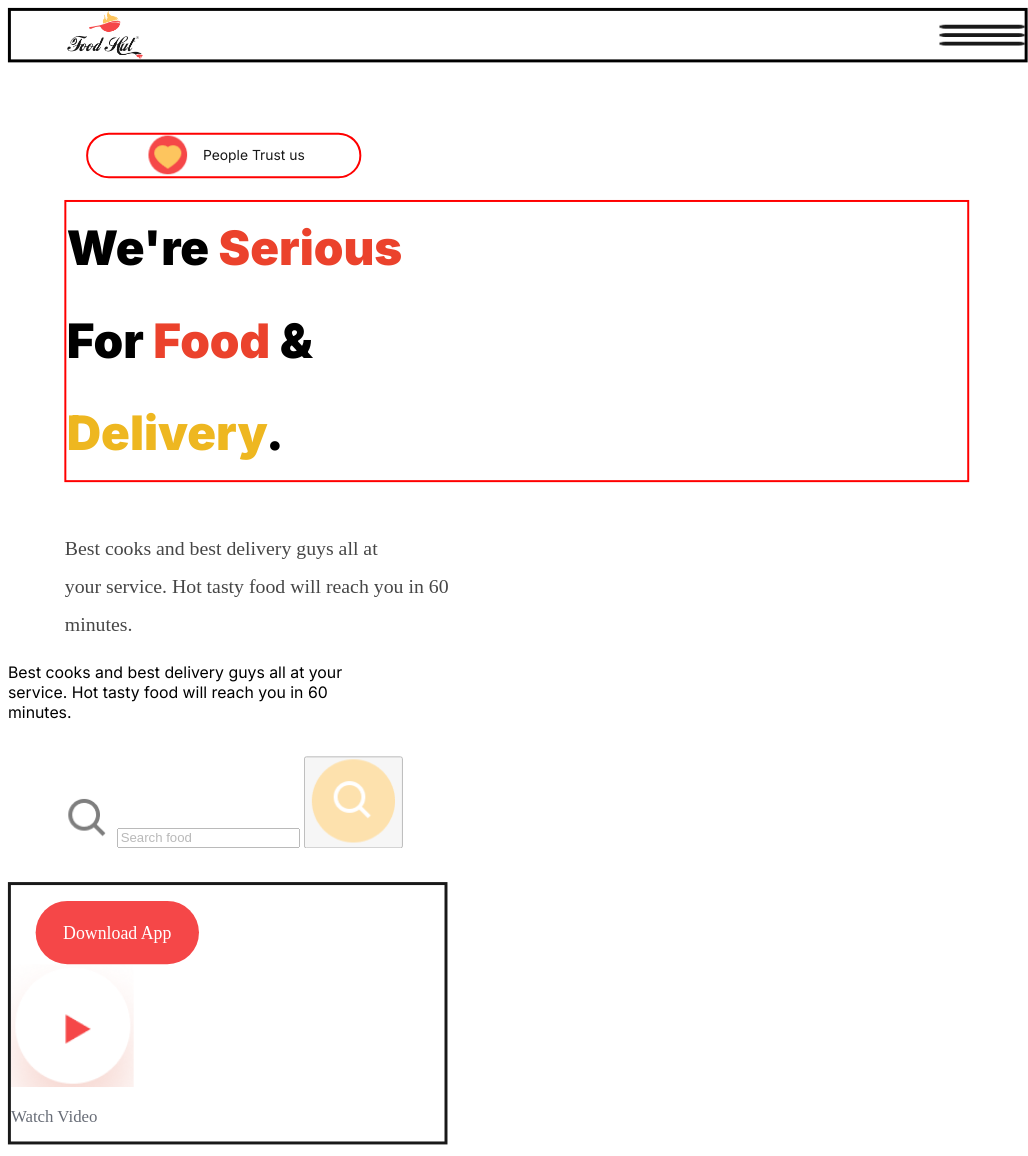
Repository: ReyhanehRahmani/Food-Hut
Page: FoodHut.html
These files come from the project's save history. The page is drawn as it stood at one moment and after the next save; the edit follows.
The browser window is 1024 px wide. The page is 1038 px wide, so the pictures cover 1038 px, including what lies to the right of the window. The pictures show the whole page, at 99% of full size.
Some web fonts or font styles are not loaded; a fallback is used.

Above is the page before, as saved 2025-05-28 21:20:55.

### FoodHut.html
<!DOCTYPE html>

<html lang="en">

    <head>

    <meta name="viewport" content="width=device-width, initial-scale=1.0" />

        <title>Food Hut</title>

        <link rel="icon" type="image/jpg" href="favicon.png">

        <link rel="preconnect" href="https://fonts.googleapis.com">

        <link rel="stylesheet" href="FoodHut.css">

        <link rel="preconnect" href="https://fonts.googleapis.com">

        <link rel="preconnect" href="https://fonts.gstatic.com" crossorigin>

        <link href="https://fonts.googleapis.com/css2?family=Inter:ital,opsz,wght@0,14..32,100..900;1,14..32,100..900&display=swap" rel="stylesheet">

        <link rel="preconnect" href="https://fonts.googleapis.com">

        <link rel="preconnect" href="https://fonts.gstatic.com" crossorigin>

        <link href="https://fonts.googleapis.com/css2?family=Sofia+Sans:ital,wght@0,1..1000;1,1..1000&display=swap" rel="stylesheet">

    </head>

    <body>

        <div class="headh">
            <img src="favicon.png" alt="Food Hut logo" class="FoodHutLogo">

            <div class="navlaptop">
                    <p class="mm">Today special offers</p>
                    <p class="mm">Why FoodHut</p>
                    <p class="mm">Our Menu</p>
                    <p class="mm">Our Popular food</p>

            </div>
            <div class="downloadbt"><p>Download App</p></div>
            <img src="slider.png" id="slider">
        </div>



        <div class="maincontainer">
            <div class="container1">

                <div id="HeartBox">
                    <img id="Heart" src="ghalb.png" style="margin-left: 3px;" >
                    <p id="trust">People Trust us</p>
                </div>

                <p id="BigBox1">
                    We're <spsn style="color: rgb(235, 66, 44);">Serious</spsn> <br> For <span style="color: rgb(235, 66, 44);">Food</span> & <br><span style="color: rgb(238, 183, 32);">Delivery</span>.
                </p>
                <p id="BigBox1laptop">
                    We're <spsn style="color: rgb(235, 66, 44);">Serious</spsn>  For <br><span style="color: rgb(235, 66, 44);">Food</span> & <span style="color: rgb(238, 183, 32);">Delivery</span>.
                </p>

                <p id="text1">
                    Best cooks and best delivery guys all at <br>your service. Hot tasty food will reach you in 60<br>minutes.
                </p>
                <p id="text1laptop">
                    Best cooks and best delivery guys all at your <br>service. Hot tasty food will reach you in 60<br>minutes.
                </p>
                <div class="searchbox">
                    <img src="zarebin2.png" id="zarebin2">
                    <input class="inin" type="text" minlength="3" maxlength="30" placeholder="Search food"></input>
                    <button class="butbut"><img src="zarebin.png" id="zarebin"></button>
                </div>


                <div id="PlayBox">
                    <div id="download"><p>Download App</p></div>
                    <div id="bori1">
                    <img src="playb.png" id="PlayButton">
                    <p id="Watch">Watch Video</p>
                    </div>
                </div>

            </div>
            <img src="pic1.png" id="pic1laptop">

        </div>






    </body>

</html>

### FoodHut.css
/*font family - font size - align items like heart*/

@media screen and (max-width: 1279px){



body {
    width: 100vw;
    font-family: "Inter", sans-serif;

}

.headh{
    border: solid;
    display: flex;
    justify-content: space-between;
    width: 100vw;
    height: 6.739130435vh;
    align-items: center;
}


.FoodHutLogo{
    margin-left: 5.607476636%;
    height: 100%;
}

#slider{
    width: 8.411214953%;
    height: 43.548387097%;
}

/*#NavbarSlider{
    margin-top: 41px;
    margin-right: 5.6vw;
    float: right;
    position: fixed;
    border: 2px solid red;
}

.slider{
    width: 36px;
    height: 5px;
    border-radius: 17px;
    display: flex;
    justify-content: space-between;
    flex-direction: column;
    gap: 6px;
    background: rgba(25, 25, 25, 1);
    margin-right: 24px;

}*/

#HeartBox{
    width: 26.730769231%;
    height: 3.58974359%;
    margin-top: 6.956521739%;
    margin-left: 7.710280374%;
    border-radius: 100px;
    border: 2px solid red;
    display: flex;
    justify-content: center;
    gap: 5.825242718%;

}

#trust{
    font-weight: 400;
    font-size: 0.875rem;
    line-height: 100%;
    letter-spacing: 0%;
    /*align-items: center;
    justify-content: center;*/
    color: rgba(25, 25, 25, 1);

}

#Heart{
    position: static;
    width: 14.288489209%;
    height: 71.428571429%;
    padding-left: 1.168224299%;
    align-self: center;
}

#BigBox1{
    width: 88.785046729%;
    height: 21.058315335%;
    align-content: center;
    margin-top: 2.173913043%;
    margin-left: 5.607476636%;
    border: 2px solid red;
    font-weight: 900;
    font-size: 3rem;
    line-height: 195%;
    letter-spacing: 0%;
    font-family: "Inter";
}

/*#Box1Paragragh{
    font-weight: 900;
    font-size: 48px;
    line-height: 195%;
    letter-spacing: 0%;
}*/

#text1{
    width: 88.551401869%;
    height: 8.804347826%;
    margin-top: 4.347826087%;
    margin-left: 5.607476636%;
    opacity: 0.8;
    font-family: Sofia Pro;
    font-weight: 400;
    font-size: 1.25rem;
    line-height: 190%;
    letter-spacing: -1%;
    color: #191919;

}

.searchbox{
    width: 88.785046729%;
    height: 5.869565217%;
    margin-top: 3.47826087%;
    margin-left: 5.607476636%;
    border-radius: 100px;
    border-width: 0.5px;
    font-family: Sofia Pro;
    font-weight: 400;
    font-size: 18px;
    line-height: 100%;
    letter-spacing: -1%;
    opacity: 50%;

}

.search-bar input{

}

.search-bar button{
  border: none;
  padding: 0 15px;
  display: flex;
  align-items: center;
  justify-content: center;
  border-radius: 0 25px 25px 0;
  cursor: pointer;
    flex-wrap: wrap;

}

#download{
    width: 37.85046729%;
    height: 4.859611231%;
    margin-top: 3.695652174%;
    margin-left: 5.607476636%;
    border-radius: 100px;
    background: #F54748;
    font-family: Sofia Pro;
    font-weight: 400;
    font-size: 1.125rem;
    line-height: 100%;
    letter-spacing: 0px;
    text-transform: capitalize;
    color:#FFFFFF;
    text-align: center;
    padding-top: 1.187904968%;
    padding-bottom: 1.187904968%;
    display: inline-block;
}

#PlayBox{
    margin-top: 3.260869565%;
    display: flex;
    justify-content: space-between;
    gap: 4.906542056%;
    width: 42.757009346%;
    height: 5.652173913%;
    margin-right: 6.542056075%;
    position: relative;
    overflow: hidden;
    border: #191919 solid;
    display: inline-block;

}

#PlayButton{
    position: relative;
    width: 28.415300546%;
    height: 100%;
}


#Watch{
    font-family: Poppins;
    font-weight: 500;
    font-size: 1.0625rem;
    line-height: 100%;
    letter-spacing: 0%;
    color: #686D77;

}
.navlaptop{
    display: none;
}

.downloadbt{
    display: none;
}

#BigBox1laptop{
    display: none;
}

#pic1laptop{
    display: none;
}

}


@media screen and (min-width: 1280px){

body{
    position: relative;
}

.headh{
    display: flex;
    position: relative;
    align-items: center;
    margin-top: 2.46343341%;
}

.headh .FoodHutLogo{
    width: 8.402777778%;
    height: 6.004618938%;
    margin-left: 5.46875%;

}

.navlaptop {
    display: flex;
    gap: 7.575757576%;
    align-items: center;
    margin-left: 20.75%;

}

.navlaptop .mm{
    font-family: "Sofia Sans";
    font-weight: 400;
    font-size: 1.125rem;
    line-height: 100%;
    letter-spacing: 0px;
    text-transform: capitalize;
    color: #191919;
    white-space: nowrap;
}

.downloadbt{
    position: absolute;
    width: 11.25%;
    line-height: 100%;
    height: 57.692307692%;
    border-radius: 100px;
    background-color: #F54748;
    font-family: "Sofia Sans";
    text-align: center;
    margin-top: 1px;
    color: #FFFFFF;
    font-weight: 400;
    font-size: 18px;
    letter-spacing: 0px;
    text-transform: capitalize;
    margin-left: 84.513888889%;


}

.maincontainer{
    display: flex;
    justify-content: space-between;


}

.container1{
    margin-left: 4.861111111%;
    display: block;
    align-content: center;

}

#HeartBox{
    display: flex;
    justify-content: space-between;
    width: 28.226415094%;
    height: 4.261796043%;
    align-items: center;
    border-radius: 100px;
    white-space: nowrap;
    background-color: #fce9e9;


}

#trust{
    margin-right: 2px;
}

#BigBox1laptop{
    font-family: "Inter";
    font-weight: 900;
    font-size: 3.625rem;
    line-height: 100%;
    letter-spacing: 0%;
    margin-top: 3.04414003%;

}

#BigBox1{
    display: none;
}

#Heart{
    height: 20px;
    width: 20px;
}

#trust{
    font-family: Inter;
    font-weight: 400;
    font-size: 0.875rem;
    line-height: 100%;
    letter-spacing: 0%;

}

#text1{
    font-family: "Sofia Sans";
    font-weight: 400;
    font-size: 1.5rem;
    line-height: 100%;
    letter-spacing: -1%;
    opacity: 0.8;
    margin-top: 3.877419355%;
    color: #191919;

}


.searchbox{
    border: solid;
    display: flex;
    border-width: 0.5px;
    border-radius: 100px;
    align-items: center;
    height: 8.709677419%;
    margin-top: 4.35483871;

}

.searchbox .inin{
    border: 0px;
    margin-left: 12px;

}

.searchbox .butbut{
    border: 0px;
    background-color: rgba(127, 255, 212, 0);
    margin-left: 41.324840764%;
}

#zarebin{
    height: 42px;
    padding-top: 5px;

}

#zarebin2{
    width: 28px;
    height: 28px;
    margin-left: 15px;

}

#pic1laptop{
    width: 47.847222222%;
    height: auto;
}

#PlayBox{
    display: flex;
    height: 8.387096774%;
    margin-top: 4.838709677%;
    align-items: center;
}

#download{
    width: 33.085106383%;
    height: 86.538461538%;
    border-radius: 100px;
    background-color: #F54748;
    font-family: "Sofia Sans";
    text-align: center;
    margin-top: 1px;
    color: #FFFFFF;
    font-weight: 400;
    font-size: 18px;
    line-height: 100%;
    letter-spacing: 0px;
    text-transform: capitalize;


}

#bori1{
    display: flex;
    margin-left: 8.244680851%;
    height: 100%;
    justify-content: space-between;
    gap: 11.475409836%;
}

#Watch{
    font-family: "Sofia Sans";
    font-weight: 300;
    font-size: 17px;
    line-height: 100%;
    letter-spacing: 0%;
    color: #686D77;
    white-space: nowrap;

}

#PlayButton{
    height: 100%;
}
}

After the next save:
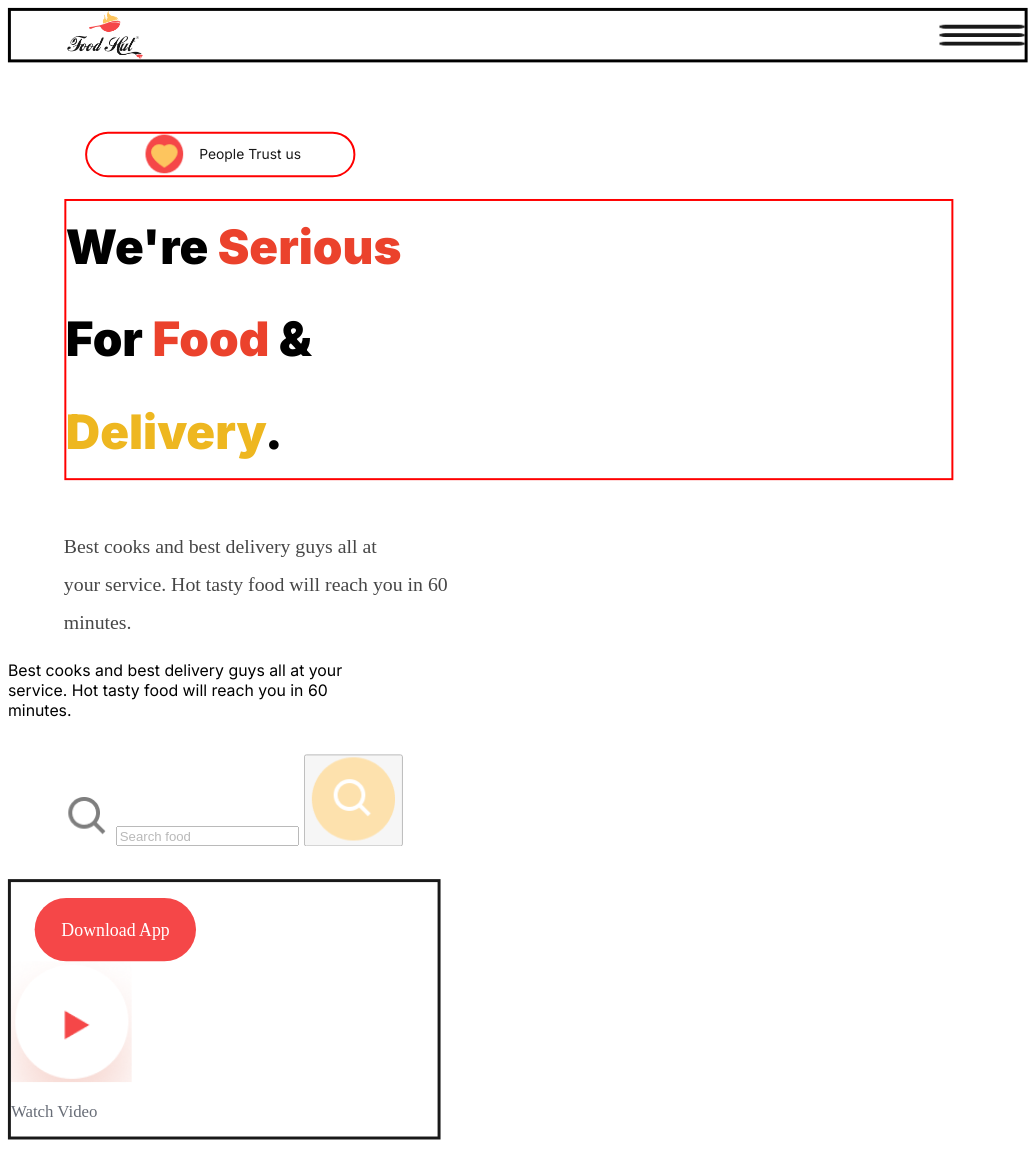
Saved 3 min 10 s later.
--- a/FoodHut.css
+++ b/FoodHut.css
@@ -5,7 +5,6 @@
 
 
 body {
-    width: 100vw;
     font-family: "Inter", sans-serif;
 
 }
@@ -17,6 +16,7 @@ body {
     width: 100vw;
     height: 6.739130435vh;
     align-items: center;
+    margin-top: ;
 }
 
 
